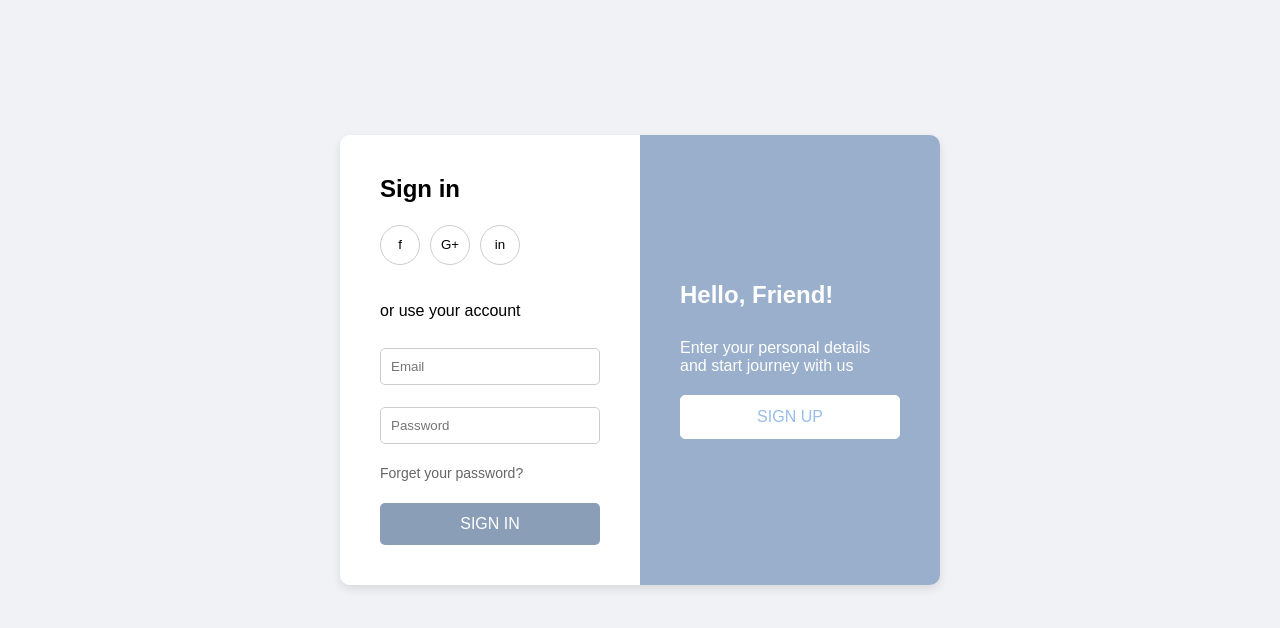
Repository: lavanya787/ml_system
Page: http://localhost/
The author's editor kept a copy of each file at every save. The page is drawn from the files as they stood at one save, then again after the next save.
The browser window is 1280 px wide. The pictures show the whole page.
The page is served by the project's application, run on Flask 3 (flask_app.py).

Above is the page before, as saved 2025-06-03 16:07:19.

### templates/index.html
<!DOCTYPE html>
<html lang="en">
<head>
    <meta charset="UTF-8">
    <meta name="viewport" content="width=device-width, initial-scale=1.0">
    <title>🤖Chatbot</title>
    <link rel="stylesheet" href="{{ url_for('static', filename='style.css') }}">
</head>
<body>
    <!-- Notification div -->
    <div id="notification" class="notification" style="display: none;">
        <span id="notification-message"></span>
    </div>

    <div class="container" id="login-container">
        <div class="form-section">
            <h2>Sign in</h2>
            <div class="social-buttons">
                <button>f</button>
                <button>G+</button>
                <button>in</button>
            </div>
            <p>or use your account</p>
            <input type="email" id="login-email" placeholder="Email" required>
            <input type="password" id="login-password" placeholder="Password" required>
            <a href="#" class="forgot-password">Forget your password?</a>
            <button class="action-button" onclick="handleLogin()">SIGN IN</button>
        </div>
        <div class="welcome-section" id="signup-section">
            <h2>Hello, Friend!</h2>
            <p>Enter your personal details and start journey with us</p>
            <button class="action-button" onclick="showRegister()">SIGN UP</button>
        </div>
    </div>

    <div class="container" id="register-container" style="display: none;">
        <div class="welcome-section">
            <h2>Welcome Back!</h2>
            <p>To keep connected with us please login with your personal info</p>
            <button class="action-button" onclick="showLogin()">SIGN IN</button>
        </div>
        <div class="form-section">
            <h2>Create Account</h2>
            <div class="social-buttons">
                <button>f</button>
                <button>G+</button>
                <button>in</button>
            </div>
            <p>or use your email for registration</p>
            <input type="text" id="register-username" placeholder="Name" required>
            <input type="email" id="register-email" placeholder="Email" required>
            <input type="password" id="register-password" placeholder="Password" required>
            <button class="action-button" onclick="handleRegister()">SIGN UP</button>
        </div>
    </div>

    <script src="{{ url_for('static', filename='script.js') }}"></script>
</body>
</html>

### flask_app.py
from flask import Flask, request, jsonify, render_template, redirect, url_for
from flask_cors import CORS
from supabase import create_client, Client
import bcrypt
import uuid
from datetime import datetime
import re

app = Flask(__name__)
CORS(app)

# Supabase setup
SUPABASE_URL = "https://uctyxchurvievzvhthru.supabase.co"
SUPABASE_KEY = "eyJhbGciOiJIUzI1NiIsInR5cCI6IkpXVCJ9.eyJpc3MiOiJzdXBhYmFzZSIsInJlZiI6InVjdHl4Y2h1cnZpZXZ6dmh0aHJ1Iiwicm9sZSI6ImFub24iLCJpYXQiOjE3NDU0ODk0MDIsImV4cCI6MjA2MTA2NTQwMn0.YytXX-q4QDO_vY9f1e_P-UWc6v6860kcsbe_bTZVgCI"
supabase: Client = create_client(SUPABASE_URL, SUPABASE_KEY)

# Function to validate UUID
def is_valid_uuid(val):
    uuid_pattern = re.compile(
        r'^[0-9a-fA-F]{8}-[0-9a-fA-F]{4}-[0-9a-fA-F]{4}-[0-9a-fA-F]{4}-[0-9a-fA-F]{12}$'
    )
    return bool(uuid_pattern.match(val))

# Serve the main page
@app.route('/')
def index():
    return render_template('index.html')

@app.route('/api/register', methods=['POST'])
def register():
    data = request.get_json()
    username = data.get('username')
    email = data.get('email')
    password = data.get('password')

    # Check if user already exists
    user = supabase.table('users').select('*').eq('email', email).execute()
    print(f"Checking if user exists with email {email}: {user.data}")  # Debug log
    if user.data:
        return jsonify({'message': 'User already exists'}), 400

    # Hash password
    hashed_password = bcrypt.hashpw(password.encode('utf-8'), bcrypt.gensalt()).decode('utf-8')

    # Generate unique user ID
    user_id = str(uuid.uuid4())
    print(f"Generated user_id for registration: {user_id}")  # Debug log
    if not is_valid_uuid(user_id):
        print(f"ERROR: Generated user_id is not a valid UUID: {user_id}")
        return jsonify({'message': 'Internal server error: Invalid user_id generated'}), 500

    # Store user in Supabase
    registration_time = datetime.utcnow().isoformat()
    new_user = {
        'user_id': user_id,
        'username': username,
        'email': email,
        'password': hashed_password,
        'registration_time': registration_time
    }
    print(f"Storing user in Supabase: {new_user}")  # Debug log
    try:
        supabase.table('users').insert(new_user).execute()
    except Exception as e:
        print(f"Error inserting user into Supabase: {e}")
        return jsonify({'message': 'Error storing user in database'}), 500

    # Redirect to Streamlit app with user_id as a query parameter
    streamlit_url = f"http://localhost:8501/?user_id={user_id}"
    print(f"Redirecting to Streamlit app after registration: {streamlit_url}")  # Debug log
    return jsonify({'message': 'Registration successful', 'redirect': streamlit_url}), 200

@app.route('/api/login', methods=['POST'])
def login():
    data = request.get_json()
    email = data.get('email')
    password = data.get('password')

    # Fetch user from Supabase
    user = supabase.table('users').select('*').eq('email', email).execute()
    print(f"Supabase response for user lookup: {user.data}")  # Debug log
    if not user.data:
        return jsonify({'message': 'User not found'}), 404

    user_data = user.data[0]
    # Verify password
    if not bcrypt.checkpw(password.encode('utf-8'), user_data['password'].encode('utf-8')):
        return jsonify({'message': 'Incorrect password'}), 401

    # Update last login time
    login_time = datetime.utcnow().isoformat()
    try:
        supabase.table('users').update({'last_login': login_time}).eq('email', email).execute()
    except Exception as e:
        print(f"Error updating last login time in Supabase: {e}")
        return jsonify({'message': 'Error updating login time'}), 500

    # Redirect to Streamlit app with user_id as a query parameter
    user_id = user_data['user_id']
    print(f"Retrieved user_id for login: {user_id}")  # Debug log
    if not is_valid_uuid(user_id):
        print(f"ERROR: Retrieved user_id is not a valid UUID: {user_id}")
        return jsonify({'message': 'Internal server error: Invalid user_id retrieved'}), 500

    streamlit_url = f"http://localhost:8501/?user_id={user_id}"
    print(f"Redirecting to Streamlit app after login: {streamlit_url}")  # Debug log
    return jsonify({'message': 'Login successful', 'redirect': streamlit_url}), 200

if __name__ == '__main__':
    app.run(host='0.0.0.0', port=5000, debug=True)

### static/style.css
body {
    font-family: Arial, sans-serif;
    display: flex;
    justify-content: center;
    align-items: center;
    height: 100vh;
    margin: 0;
    background-color: #f0f2f5; /* Subtle gray */
    position: relative;
}

/* Notification styling */
.notification {
    position: fixed;
    top: 20px;
    left: 50%;
    transform: translateX(-50%);
    background: linear-gradient(to right, #8da0b9, #56CCF2); /* Blue gradient */
    color: white;
    padding: 15px 30px;
    border-radius: 10px;
    box-shadow: 0 4px 10px rgba(0, 0, 0, 0.2);
    display: flex;
    align-items: center;
    font-size: 16px;
    z-index: 1000;
}

.notification::before {
    content: "✔";
    margin-right: 10px;
    font-size: 20px;
}

.container {
    display: flex;
    width: 600px;
    height: 450px;
    background: white;
    border-radius: 10px;
    box-shadow: 0 4px 10px rgba(0, 0, 0, 0.1);
    overflow: hidden;
}

.form-section, .welcome-section {
    width: 50%;
    padding: 40px;
    box-sizing: border-box;
}

.form-section {
    background: white;
    display: flex;
    flex-direction: column;
    justify-content: space-between;
}

.welcome-section {
    background: #99afcb; /* Professional Blue */
    color: white;
    display: flex;
    flex-direction: column;
    justify-content: center;
}

h2 {
    margin: 0 0 20px;
    font-size: 24px;
}

.social-buttons {
    display: flex;
    gap: 10px;
    margin-bottom: 20px;
}

.social-buttons button {
    width: 40px;
    height: 40px;
    border-radius: 50%;
    border: 1px solid #ccc;
    background: white;
    cursor: pointer;
}

input {
    width: 100%;
    padding: 10px;
    margin: 10px 0;
    border: 1px solid #ccc;
    border-radius: 5px;
    box-sizing: border-box;
}

.forgot-password {
    display: block;
    margin: 10px 0;
    color: #666;
    text-decoration: none;
    font-size: 14px;
}

.action-button {
    width: 100%;
    padding: 12px;
    border: none;
    border-radius: 5px;
    background: #8b9eb7; /* Button Blue */
    color: white;
    font-size: 16px;
    cursor: pointer;
    margin-top: 10px;
}

.welcome-section button {
    background: white;
    color: #98bcea;
    border: 1px solid #fff;
    padding: 12px;
    font-size: 16px;
    border-radius: 5px;
    cursor: pointer;
    transition: background 0.3s, color 0.3s;
}

.welcome-section button:hover {
    background: #f0f2f5;
    color: #8aa3c4;
}

.welcome-section p {
    margin: 10px 0;
}

### static/script.js
function showRegister() {
    document.getElementById('login-container').style.display = 'none';
    document.getElementById('register-container').style.display = 'flex';
}

function showLogin() {
    document.getElementById('register-container').style.display = 'none';
    document.getElementById('login-container').style.display = 'flex';
}

// Function to show notification
function showNotification(message, callback) {
    const notification = document.getElementById('notification');
    const notificationMessage = document.getElementById('notification-message');
    notificationMessage.textContent = message;
    notification.style.display = 'flex';
    // Hide after 2 seconds and call the callback
    setTimeout(() => {
        notification.style.display = 'none';
        if (callback) callback(); // Execute callback after notification hides
    }, 2000);
}

async function handleRegister() {
    const username = document.getElementById('register-username').value;
    const email = document.getElementById('register-email').value;
    const password = document.getElementById('register-password').value;

    try {
        const response = await fetch('/api/register', {
            method: 'POST',
            headers: { 'Content-Type': 'application/json' },
            body: JSON.stringify({ username, email, password })
        });
        const result = await response.json();

        if (response.ok) {
            console.log('Registration successful, redirect URL:', result.redirect); // Debug log
            showNotification('Welcome! Your registration was successful. Let\'s get started.', () => {
                console.log('Redirecting to:', result.redirect); // Debug log
                window.location.href = result.redirect;  // Redirect to Streamlit app
            });
        } else {
            console.error('Registration failed:', result.message); // Debug log
            showNotification(result.message); // Show error message (e.g., "User already exists")
        }
    } catch (error) {
        console.error('Error during registration:', error); // Debug log
        showNotification('Error during registration');
    }
}

async function handleLogin() {
    const email = document.getElementById('login-email').value;
    const password = document.getElementById('login-password').value;

    try {
        const response = await fetch('/api/login', {
            method: 'POST',
            headers: { 'Content-Type': 'application/json' },
            body: JSON.stringify({ email, password })
        });
        const result = await response.json();

        if (response.ok) {
            console.log('Login successful, redirect URL:', result.redirect); // Debug log
            showNotification('Welcome! You have successfully logged in.', () => {
                console.log('Redirecting to:', result.redirect); // Debug log
                window.location.href = result.redirect;  // Redirect to Streamlit app
            });
        } else {
            console.error('Login failed:', result.message); // Debug log
            showNotification(result.message); // Show error message (e.g., "Incorrect password")
        }
    } catch (error) {
        console.error('Error during login:', error); // Debug log
        showNotification('Error during login');
    }
}

After the next save:
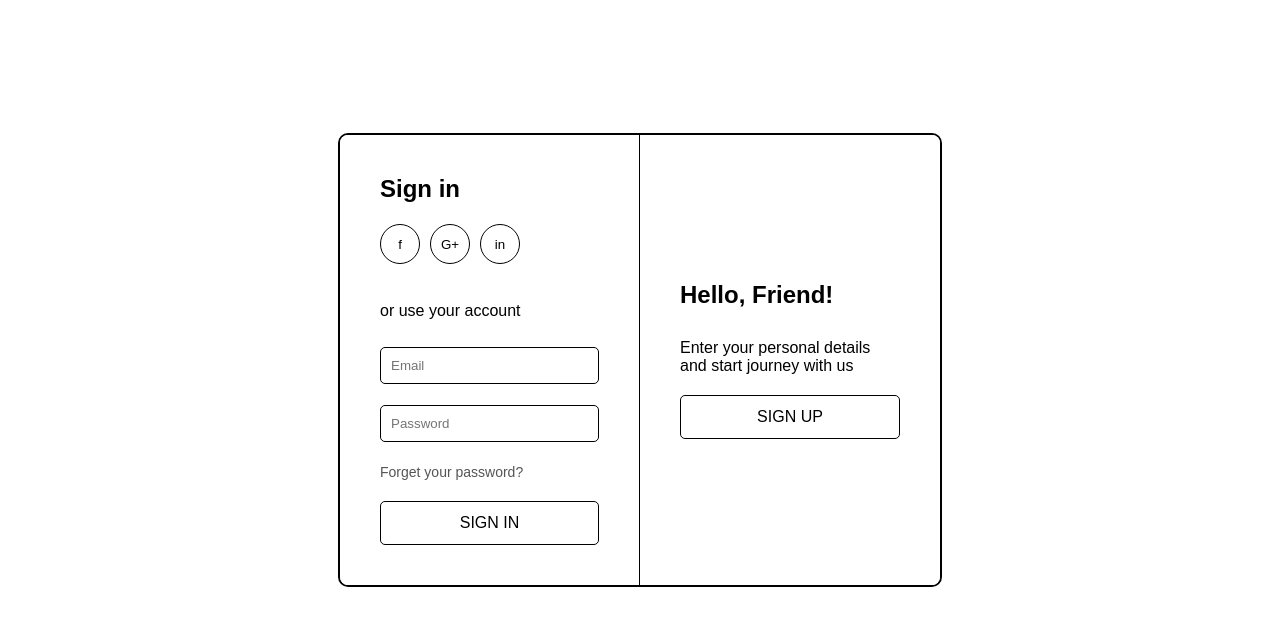
Saved 62 s later.
--- a/static/style.css
+++ b/static/style.css
@@ -5,7 +5,7 @@ body {
     align-items: center;
     height: 100vh;
     margin: 0;
-    background-color: #f0f2f5; /* Subtle gray */
+    background-color: #ffffff;
     position: relative;
 }
 
@@ -15,11 +15,12 @@ body {
     top: 20px;
     left: 50%;
     transform: translateX(-50%);
-    background: linear-gradient(to right, #8da0b9, #56CCF2); /* Blue gradient */
-    color: white;
+    background: #ffffff;
+    color: #000000;
     padding: 15px 30px;
+    border: 2px solid #000000;
     border-radius: 10px;
-    box-shadow: 0 4px 10px rgba(0, 0, 0, 0.2);
+    box-shadow: none;
     display: flex;
     align-items: center;
     font-size: 16px;
@@ -36,9 +37,10 @@ body {
     display: flex;
     width: 600px;
     height: 450px;
-    background: white;
+    background: #ffffff;
+    border: 2px solid #000000;
     border-radius: 10px;
-    box-shadow: 0 4px 10px rgba(0, 0, 0, 0.1);
+    box-shadow: none;
     overflow: hidden;
 }
 
@@ -46,26 +48,28 @@ body {
     width: 50%;
     padding: 40px;
     box-sizing: border-box;
+    background: #ffffff;
+    border-right: 1px solid #000000;
 }
 
 .form-section {
-    background: white;
     display: flex;
     flex-direction: column;
     justify-content: space-between;
 }
 
 .welcome-section {
-    background: #99afcb; /* Professional Blue */
-    color: white;
+    border-right: none;
     display: flex;
     flex-direction: column;
     justify-content: center;
+    color: #000000;
 }
 
 h2 {
     margin: 0 0 20px;
     font-size: 24px;
+    color: #000000;
 }
 
 .social-buttons {
@@ -78,24 +82,32 @@ h2 {
     width: 40px;
     height: 40px;
     border-radius: 50%;
-    border: 1px solid #ccc;
-    background: white;
+    border: 1px solid #000000;
+    background: #ffffff;
+    color: #000000;
     cursor: pointer;
+    transition: background 0.3s;
+}
+
+.social-buttons button:hover {
+    background: #f0f0f0;
 }
 
 input {
     width: 100%;
     padding: 10px;
     margin: 10px 0;
-    border: 1px solid #ccc;
+    border: 1px solid #000000;
     border-radius: 5px;
+    background: #ffffff;
+    color: #000000;
     box-sizing: border-box;
 }
 
 .forgot-password {
     display: block;
     margin: 10px 0;
-    color: #666;
+    color: #555555;
     text-decoration: none;
     font-size: 14px;
 }
@@ -103,31 +115,36 @@ input {
 .action-button {
     width: 100%;
     padding: 12px;
-    border: none;
+    border: 1px solid #000000;
     border-radius: 5px;
-    background: #8b9eb7; /* Button Blue */
-    color: white;
+    background: #ffffff;
+    color: #000000;
     font-size: 16px;
     cursor: pointer;
     margin-top: 10px;
+    transition: background 0.3s;
+}
+
+.action-button:hover {
+    background: #f0f0f0;
 }
 
 .welcome-section button {
-    background: white;
-    color: #98bcea;
-    border: 1px solid #fff;
+    background: #ffffff;
+    color: #000000;
+    border: 1px solid #000000;
     padding: 12px;
     font-size: 16px;
     border-radius: 5px;
     cursor: pointer;
-    transition: background 0.3s, color 0.3s;
+    transition: background 0.3s;
 }
 
 .welcome-section button:hover {
-    background: #f0f2f5;
-    color: #8aa3c4;
+    background: #f0f0f0;
 }
 
 .welcome-section p {
     margin: 10px 0;
+    color: #000000;
 }
